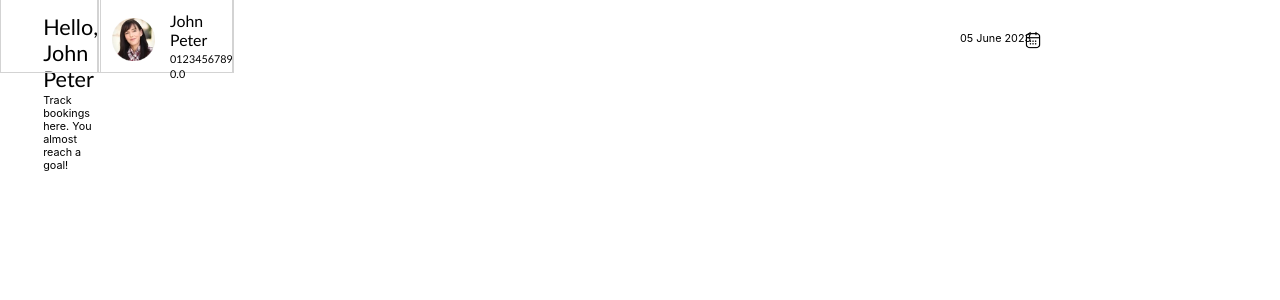
Repository: RoshanArun/Emto-Web
Page: /dashboard (app in emto/reactfirst/)
An editor plug-in stored every save of this project. The page is shown before and after the next save, followed by the edit.
The browser window is 1280 px wide. The pictures show the whole page.
The project was rebuilt for these pictures with package versions that can differ from the ones it lists, and the page was loaded fresh each time. Also part of the build but not shown: emto/reactfirst/src/pages/SignUp/SignUp.css, emto/reactfirst/src/pages/SignUp/SignUp.js, emto/reactfirst/src/pages/Login/Login.js.

Above is the page before, as saved 2023-07-27 12:25:43.

### emto/reactfirst/src/App.js
import React from 'react';
import './pages/Login/Login.css';
import './pages/SignUp/SignUp.css';
import './pages/DashBoard/DashBoard.css';

import { BrowserRouter as Router, Routes, Route }
    from 'react-router-dom';

import SignUp from './pages/SignUp/SignUp';
import Login from './pages/Login/Login';
import DashBoard from './pages/DashBoard/DashBoard';


function App() {
    return (
        <Router>
            <Routes>
                <Route exact path='/' element={<Login />} />
                <Route path='/sign-up' element={<SignUp />} />
                <Route path='/dashboard' element={<DashBoard />} />
            </Routes>
        </Router>
    );
}

export default App;

### emto/reactfirst/src/pages/Login/Login.css
.wrapper {
  width: 100%;
  height: 100%;
  display: flex;
  flex-basis: 100%;
}

.page-left {
  width: 30%;
  min-width: 250px;
  height: 100vh;
  min-height: 570px;
  background-color: #f5f5f5;
}

.page-right {
  width: 100%;
  height: 75vh;
  background-color: #ffffff;
}

.logo {
  width: 60%;
  padding-top: 5%;
  padding-left: 5%;
  padding-bottom: 35%;
}

.truck {
  width: 100%;
  padding-bottom: 10%;
}

.emtocaption {
  width: 65%;
  padding-left: 7%;
  padding-bottom: 5%;
}

.box {
  width: 85%;
  background-color: white;
  border-radius: 25px;
  margin-left: 5%;
  padding-left: 5%;
  padding-top: 2%;
  padding-bottom: 10%;
}

.details {
  font-size: 13px;
  font-family: 'Gill Sans', 'Gill Sans MT', Calibri, 'Trebuchet MS', sans-serif;
  padding-bottom: 8%;
}

.link {
  font-size: 10px;
  font-family: 'Gill Sans', 'Gill Sans MT', Calibri, 'Trebuchet MS', sans-serif;
}

.signin-content {
  height: 85%;
  width: 240px;
  margin-left: auto;
  margin-right: auto;
  padding-top: 30vh;
  min-height: 300px;
}

.signin-label {
  font-size: 27px;
  padding-bottom: 10%;
  padding-right: 30%;
  font-family: 'Gill Sans', 'Gill Sans MT', Calibri, 'Trebuchet MS', sans-serif;
  float: left;
}

.num-label {
  float: left;
  font-size: 12px;
  margin-bottom: 7px;
  font-family: 'Gill Sans', 'Gill Sans MT', Calibri, 'Trebuchet MS', sans-serif;
}

.numinput {
  border-radius: 5px;
  border: 1px solid lightgrey;
  height: 35px;
  width: 235px;
  float: left;
}

input::-webkit-inner-spin-button {
  -webkit-appearance: none;
  margin: 0;
}

.small {
  display: block;
  margin-bottom: -10px;
}

.invalidnumber {
  font-size: 8px;
  float: right;
  color: red;
}

.OTP-label {
  float: left;
  font-size: 11px;
  margin-right: 200px;
  margin-bottom: 7px;
  font-family: 'Gill Sans', 'Gill Sans MT', Calibri, 'Trebuchet MS', sans-serif;
}

.OTPNUM-input {
  width: 50px;
  height: 50px;
  border-radius: 5px;
  border: 1px solid lightgrey;
  position: relative;
  margin-right: 6px;
}

.OTPNUM-inputend {
  width: 50px;
  height: 50px;
  border-radius: 5px;
  border: 1px solid lightgrey;
  position: relative;
}

.invalidOTP {
  font-size: 8px;
  float: right;
  color: red;
}

.submit-button {
  width: 240px;
  height: 35px;
  background-color: #0d69ae;
  color: white;
  border-radius: 5px;
  border: 1px solid lightgrey;
  font-family: 'Gill Sans', 'Gill Sans MT', Calibri, 'Trebuchet MS', sans-serif;
  font-size: 11px;
  margin-top: 10px;
}

.bottom {
  height: 5%;
  margin-top: 1.5%;
  width: 100%;
  font-size: 9px;
  font-family: 'Gill Sans', 'Gill Sans MT', Calibri, 'Trebuchet MS', sans-serif;
}

.terms {
  margin-left: 5px;
  float: left;
}

.language {
  font-size: 9px;
  float: right;
  font-family: 'Gill Sans', 'Gill Sans MT', Calibri, 'Trebuchet MS', sans-serif;
  padding: 3px;
  margin-right: 10px;
}

.radio-button {
  float: right;
  height: 10px;
  width: 10px;
}

@media (max-width: 600px) {
  .wrapper {
    flex-wrap: wrap;
  }

  div {
    flex-basis: 33%;
  }

  .page-left {
    width: 100%;
    min-width: 100%;
    height: 100%;
    background-color: #f5f5f5;
  }

  .box {
    width: 85%;
    background-color: white;
    border-radius: 25px;
    margin-left: 5%;
    padding-left: 5%;
    padding-top: 2%;
    padding-bottom: 5%;
    margin-bottom: 5%;
  }

  .page-right {
    width: 100%;
    min-width: 100%;
    height: 150vw;
    background-color: #f5f5f5;
  }

  .signin-content {
    height: 85%;
    width: 240px;
    padding-top: 25vh;
    text-align: center;

  }
}

### emto/reactfirst/src/pages/DashBoard/DashBoard.css
.dash-top{
  height: 10vh;
  width: 100vw;
  outline: 1px solid lightgray;
  min-height: 65px;
  display: flex;
  max-width: 100px;
}

.top1{
  width: 15vw;
  outline: 1px solid lightgray;
  min-height: 65px;
}

.top2{
  width: 70vw;
  outline: 1px solid lightgray;
  min-height: 65px;
}

.top3{
  width: 15vw;
  outline: 1px solid lightgray;
  min-height: 65px;
}

.dash-bottom{
    height: 40vh;
    width: 10vw;
    outline: 1px solid lightgray;
    min-height: 65px;
    display: flex;
}

.bottom1{
  width: 15vw;
  outline: 1px solid lightgray;
  min-height: 65px;
}

.dashboard-right{
  width: 100vw;
}

.right1{
  width: 60vw;
  height: 100vh;
  outline: 1px solid lightgray;
}

.right2{
  width: 10vw;
  height: 30vh;
  outline: 1px solid lightgray;
}

.dashboard-top {
  height: 10vh;
  width: 74vw;
  outline: 1px solid lightgray;
  min-height: 65px;
}

.dashboard-top2 {
  height: 10vh;
  width: 20vw;
  outline: 1px solid lightgray;
  min-height: 65px;
}

.dashboard-left {
  width: 15vw;
  height: 100vh;
  outline: 1px solid lightgray;
  min-width: 130px;
}

.dashboardlogo {
  width: 60%;
  margin-top: 15%;
  margin-bottom: 15%;
  margin-left: 15%;
}

.dashboardicon {
  margin-top: 12%;
  margin-left: 15%;
  width: 13%;
}

.dashboardlabels {
  margin-left: 7%;
  font-size: 1vw;
  position: relative;
  bottom: .5vw;
  font-family: 'Gill Sans', 'Gill Sans MT', Calibri, 'Trebuchet MS', sans-serif;
  color: black;
}

.pro {
  font-size: 1.0vw;
  font-weight: bold;
  text-align: center;
  display: block;
  margin-bottom: 5%;
  margin-top: 15%;
}

.unlock {
  display: block;
  font-size: .8vw;
  word-wrap: break-word;
  text-align: center;

}

.unlock2 {
  font-size: .8vw;
  text-align: center;
  display: block;

}

.upgrade {
  background-color: lightblue;
  border: none;
  border-radius: 15px;
  width: 45%;
  height: 3.5%;
  margin-left: auto;
  margin-right: auto;
  display: grid;
  margin-bottom: 15vh;


  text-align: center;
  font-size: .9vw;
  font-weight: bold;
  align-items: center;
}

.intro {
  font-size: 3vh;
  font-family: 'Gill Sans', 'Gill Sans MT', Calibri, 'Trebuchet MS', sans-serif;
  padding-left: 6vh;
  margin-top: 2vh;
  display: inline-block;
}

.introsub {
  margin-left: 6vh;
  font-size: 1.5vh;
  margin-top: 2px;
  display: flex;
}


.Calender {
  margin-left: auto;
  font-size: 1.5vh;
  position: absolute;
  top: 4.5%;
  left: 75%
}

.calenderIcon {
  width: 2.5vh;
  margin-left: 5vw;
  position: absolute;
  top: 4.25%;
  left: 75%
}

.profileIcon {
  width: 6vh;
  margin-left: 10%;
  margin-top: 2.5vh;
}

.userLabel {
  margin-left: 10vh;
  font-size: 2.2vh;
  position: relative;
  bottom: 7.5vh;
  font-family: 'Gill Sans', 'Gill Sans MT', Calibri, 'Trebuchet MS', sans-serif;
  color: black;
  display: block;
  margin-bottom: -17.5px
}

.userLabel2 {
  margin-left: 10vh;
  font-size: 1.5vh;
  position: relative;
  bottom: 7.5vh;
  font-family: 'Gill Sans', 'Gill Sans MT', Calibri, 'Trebuchet MS', sans-serif;
  color: black;
  display: block;
  margin-bottom: -17.5px
}

.box{
  margin-top: 5vh;
  height: 6vh;
  width: 12.5vw;
  outline: 1px solid lightgray;
  display: inline-block;
}

### emto/reactfirst/src/pages/DashBoard/DashBoard.js
import React from 'react';
import IMAGES from '../../Components';

const DashBoard = () => {
    return (
        <div class="DashBoard">
            <meta name="viewport" content="width=device-width, initial-scale=1.0" />
            <div class="wrapper">
                <div class="dash-top">
                    <div class="top1">
                        <img src={IMAGES.emtologo} class="dashboardlogo" alt="dashboardlogo" /><br></br>
                    </div>
                    <div class="top2">
                        <label class="intro">Hello, John Peter</label>
                        <label class="Calender">05 June 2023</label>
                        <img src={IMAGES.calender} class="calenderIcon" alt="dashboardlogo" /><br></br>
                        <label class="introsub">Track bookings here. You almost reach a goal!</label>
                    </div>
                    <div class="top3">
                        <img src={IMAGES.profile} class="profileIcon" alt="dashboardlogo" />
                        <label class="userLabel">John Peter</label><br></br>
                        <label class="userLabel2">0123456789</label><br></br>
                        <label class="userLabel2">0.0</label><br></br>
                    </div>

                    <div class="bottom1">

                    </div>
                    <div class="bottom2">

                    </div>
                    <div class="bottom3">

                    </div>
                </div>


                {/* <div class="dashboard-left">

                    <img src={IMAGES.dashboard} class="dashboardicon" alt="dashboardlogo" /><label class="dashboardlabels">Dashboard</label><br></br>
                    <img src={IMAGES.senders} class="dashboardicon" alt="dashboardlogo" /><label class="dashboardlabels">Senders</label><br></br>
                    <img src={IMAGES.recievers} class="dashboardicon" alt="dashboardlogo" /><label class="dashboardlabels">Recievers</label><br></br><br></br><br></br><br></br><br></br>
                    <label class="pro">Upgrade to Pro</label>
                    <label class="unlock">Get 1 Month Free</label>
                    <label class="unlock2">and Unlock</label><br></br>
                    <button class="upgrade">Upgrade</button>

                    <img src={IMAGES.settings} class="dashboardicon" alt="dashboardlogo" /><label class="dashboardlabels">Settings</label><br></br>
                    <img src={IMAGES.csx} class="dashboardicon" alt="dashboardlogo" /><label class="dashboardlabels">Help Desk</label><br></br>
                    <img src={IMAGES.logout} class="dashboardicon" alt="dashboardlogo" /><label class="dashboardlabels">Logout</label><br></br>
                </div>

                <div class="dashboard-right">

                    <div class="dashboard-top">

                    </div>

                    <div class="right1">
                        <div class="box">

                        </div>
                        <div class="box">

                        </div>
                        <div class="box">

                        </div>
                        <div class="box">

                        </div>
                        <div class="box">

                        </div>
                        <div class="box">

                        </div>
                        <div class="box">

                        </div>
                        <div class="box">

                        </div>
                        <div class="box">

                        </div>
                    </div>


                    <div class="right2"></div>

                </div> */}



                {/* <div class="dashboard-top2">

                </div> */}
            </div>


        </div>
    );
}



export default DashBoard;

### emto/reactfirst/src/Components/index.js
const IMAGES = {
    emtocaption: require('./emto-caption.png'),
    emtotruck: require('./emtotruck.jpg'),
    emtologo: require('./emto-logo.png'),

    dashboard: require('./business-report.png'),
    senders: require('./senders.png'),
    recievers: require('./recievers.png'),

    settings: require('./settings.png'),
    csx: require('./customer-service.png'),
    logout: require('./logout.png'),

    calender: require('./calendar.png'),
    profile: require('./profile.png')


}

export default IMAGES;

Loaded but not shown: emto/reactfirst/public/index.html (common file); emto/reactfirst/src/index.js (common file); emto/reactfirst/src/index.css (common file); emto/reactfirst/src/reportWebVitals.js (common file)

After the next save:
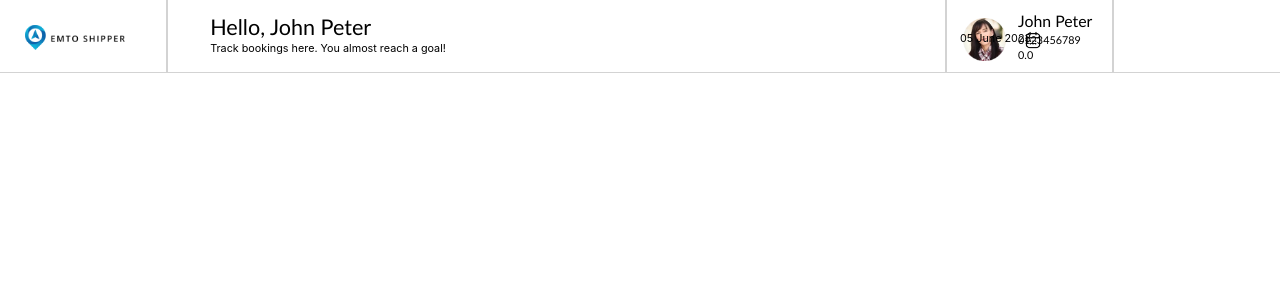
Saved 7 s later.
--- a/emto/reactfirst/src/pages/DashBoard/DashBoard.css
+++ b/emto/reactfirst/src/pages/DashBoard/DashBoard.css
@@ -4,7 +4,6 @@
   outline: 1px solid lightgray;
   min-height: 65px;
   display: flex;
-  max-width: 100px;
 }
 
 .top1{
